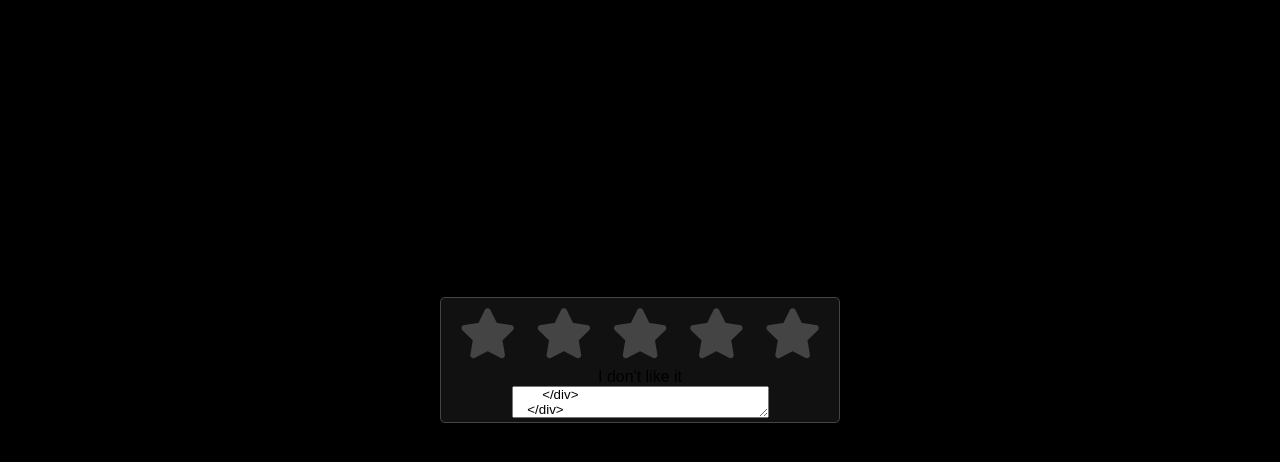
Repository: Suryansh-D/Star-Ratings
Page: index.html
These files come from the project's save history. The page is drawn as it stood at one moment and after a run of saves; the edit follows.
The browser window is 1280 px wide. The pictures show the whole page.

Above is the page before, as saved 2024-02-03 09:39:38.

After the next 3 saves:
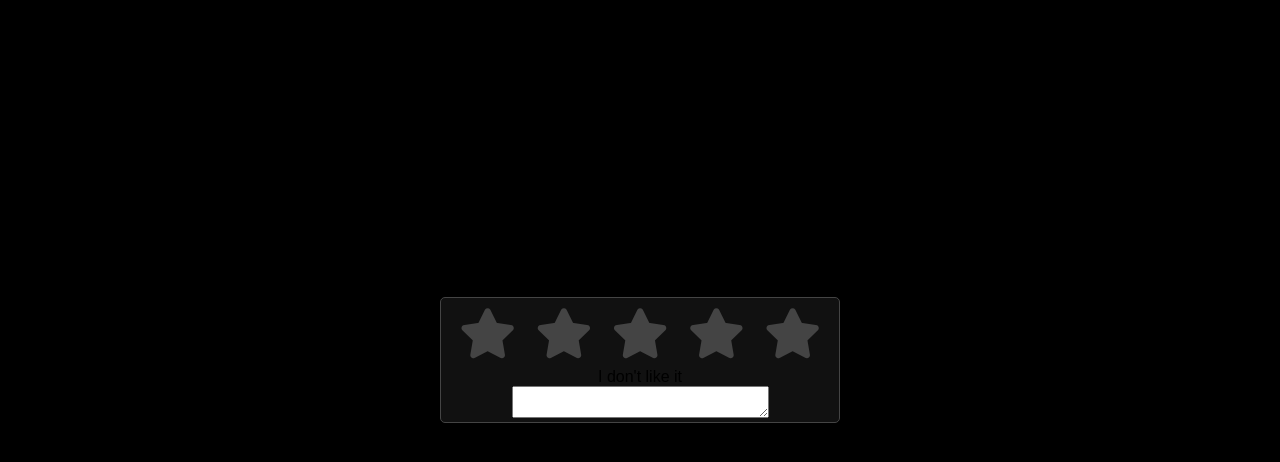
The 3 saves are shown as one change because they came seconds apart.
The last was saved 9 s later.
--- a/index.html
+++ b/index.html
@@ -22,8 +22,8 @@
             <label for="rate-1" class="fas fa-star"></label>
             <form action="#">
                 <header>I don't like it</header>
-                <div cl>
-                <textarea cols="30">
+                <div class="textarea">
+                <textarea cols="30"></textarea>
         </div>
     </div>
     <script></script>
